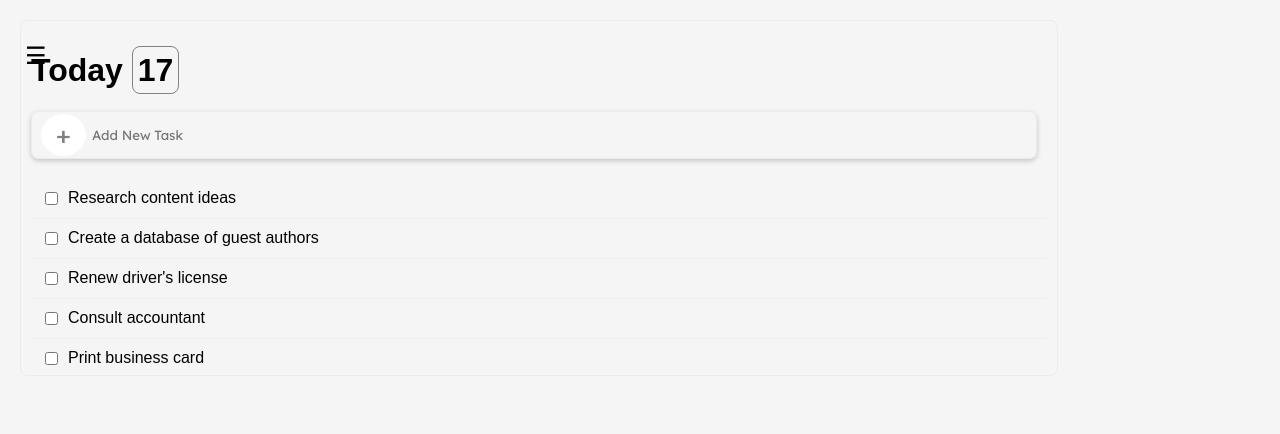
Repository: WeyehnR/Todo-App-e8719e15efb8a3743d14c47aa9ae2115442426d2
Page: Client/index.html
An editor plug-in stored every save of this project. The page is shown before and after the next save, followed by the edit.
The browser window is 1280 px wide. The pictures show the whole page.

Above is the page before, as saved 2023-11-17 15:34:37.

### Client/index.html
<!DOCTYPE html>
<html lang="en">
<head>
    <meta charset="UTF-8">
    <meta name="viewport" content="width=device-width, initial-scale=1.0">
    <title>Todo List Application</title>
    <link href="https://fonts.googleapis.com/css2?family=Lexend+Deca&display=swap" rel="stylesheet">
    <link rel="stylesheet" href="styles.css">
</head>
<body>
    <div class="menu-container">
        <div class="hamburger" id="ham-menu-toggle">&#9776;</div>
        <div class="menu-card" id="menu-card">
            <!-- Content of the expanded gray card goes here -->
        </div>
    </div>
    <div class="todo-container">
        <div class="date-header">
          <h1>Today <span id="dayOfMonth"></span></h1>
        </div>
        <div class="add-task">
            <input type="text" placeholder="Add New Task" id="new-task-input">
            <button id="add-task-btn">+</button>
        </div>
        <ul class="todo-list">
            <li><input type="checkbox" id="task-1"><label for="task-1">Research content ideas</label></li>
            <li><input type="checkbox" id="task-2"><label for="task-2">Create a database of guest authors</label></li>
            <li><input type="checkbox" id="task-3"><label for="task-3">Renew driver's license</label></li>
            <li><input type="checkbox" id="task-4"><label for="task-4">Consult accountant</label></li>
            <li><input type="checkbox" id="task-5"><label for="task-5">Print business card</label></li>
        </ul>
    </div>
    <div class="menu-card" id="menu-card">
        <!-- Content of the expanded gray card goes here -->
    </div>
    <script src="main.js"></script>
</body>
</html>

### Client/styles.css

body {
    font-family: 'Arial', sans-serif;
    background-color: whitesmoke;
    margin: 0;
    padding: 20px;
}

.todo-container {
    top: 120px;
    left: 378px;
    width: 1038px;
    height: 356px;
    background-color: rgba(250,250,250,0);
    border-radius: 8px;
    border: 1px solid #ebebeb;
    box-sizing: border-box;
    padding: 10px;
    flex-grow: 1;
    transition: margin-left 0.3s ease; /* Add a transition for smooth shifting */
}

/* Shift the todo-container when the menu card is expanded */
.todo-container.expanded {
    margin-left: 320px; /* Match the width of the menu card */
    top: 120px;
}

#dayOfMonth {
    border: 1px solid #838181;
    border-radius: 8px;
    padding: 5px;
}

.header {
    display: flex;
    align-items: center;
}
/* Style for the hamburger icon */
.hamburger {
    position:absolute;
    font-size: 24px; /* Adjust the size as needed */
    top: 40px; /* Adjust the top position for the icon */
    left: 25px; /* Adjust the left position for the icon */
    cursor: pointer;
    font-family: 'Lexend Deca';
    z-index: 2;
}

.hamburger.expanded {
    top: 40px; /* Align with the top of the expanded menu card */
    left: 280px; /* Align with the left of the expanded menu card */
}


.menu-container{
    display: flex;
}

/* Style for the gray menu card */
.menu-card {
    width: 0; /* Initially hidden */
    height: 100%;
    overflow: hidden;
    transition: width 0.3s ease; /* Add a transition for smooth expansion */
    z-index: 1; /* Ensure the menu card is above other content */
}

/* Style for the content within the menu card */
.menu-card-content {
    padding: 20px;
    /* Add additional styling as needed for the expanded card content */
}

/* Adjust the width when the menu card is expanded */
.menu-card.expanded {
    width: 300px; /* Adjust the width as desired */
    background-color: darkgray; /* Adjust the text color as desired */
    top: 24px;
    left: 24px;
    height: 852px;
    border-radius: 16px;
}



.header h1 {
    margin: 0;
    font-size: 24px;
}

.header span {
    color: #888;
}

.add-task input {
    width: 100%;
    padding: 10px;
    margin-bottom: 20px;
    border: 1px solid #ddd;
    box-sizing: border-box;
}

.todo-list {
    list-style: none;
    padding: 0;
    margin: 0;
}

.todo-list li {
    padding: 10px;
    border-bottom: 1px solid #eee;
    display: flex;
    align-items: center;
}

.todo-list li:last-child {
    border-bottom: none;
}

input[type="checkbox"] {
    margin-right: 10px;
}

/* You can add more styles for checked tasks or interactive states */

/* ... other styles ... */

.add-task {
    display: flex;
    align-items: center;
    position: relative; /* Add this line */
}

.add-task input[type="text"] {
    top: 120px;
    left: 378px;
    width: 1038px;
    height: 48px;
    background-color: rgba(250,250,250,0);
    border-radius: 8px;
    border: 1px solid #ebebeb;
    box-sizing: border-box;
    flex-grow: 1;
    padding: 10px;
    padding-left: 60px; /* Add space for the button */
    margin-right: 10px;
    box-shadow: 0 2px 5px rgba(0, 0, 0, 0.2);
    font-family: 'Lexend Deca';
}


.add-task button {
    position: absolute; /* Add this line */
    left: 10px; /* Adjust as needed */
    top: 35%;
    transform: translateY(-50%); /* This centers the button vertically */
    display: flex;
    justify-content: center;
    align-items: center;
    padding: 1px 15px;
    border: none;
    border-radius: 50%; /* This creates the round shape for the button */
    background-color: rgb(255, 255, 255); /* Replace with the desired button color */
    color: gray;
    font-size: 25px;
    cursor: pointer;
    font-family: 'Lexend Deca';
}

/* ... rest of the styles ... */

/* Styles to ensure the input and button are aligned properly */
.add-task input[type="text"], .add-task button {

    line-height: 40px; /* Adjust line height to vertically center the text */
}

/* Adding some interactivity to the button */
.add-task button:hover {
    background-color: rgb(185, 181, 181); /* Darker shade when hovering */
}

/* ... additional styles and responsive adjustments ... */

### Client/main.js
const getElementById = (element) => document.getElementById(element);
const querySelector = (element) => document.querySelector(element);
document.addEventListener("DOMContentLoaded", function () {
    // Your JavaScript code here
    const currentDate = new Date();
    const dayOfMonth = currentDate.getDate();
    const dayOfMonthElement = getElementById("dayOfMonth");
    dayOfMonthElement.textContent = dayOfMonth;
});

// Get references to the hamburger icon, menu card, and todo-container
const hamburger = document.getElementById("ham-menu-toggle");
const menuCard = document.getElementById("menu-card");
const todoContainer = document.querySelector(".todo-container");

// Add a click event listener to toggle the menu card's expanded state
hamburger.addEventListener("click", () => {
  menuCard.classList.toggle("expanded");
  todoContainer.classList.toggle("expanded");
  hamburger.classList.toggle("expanded");
});

After the next save:
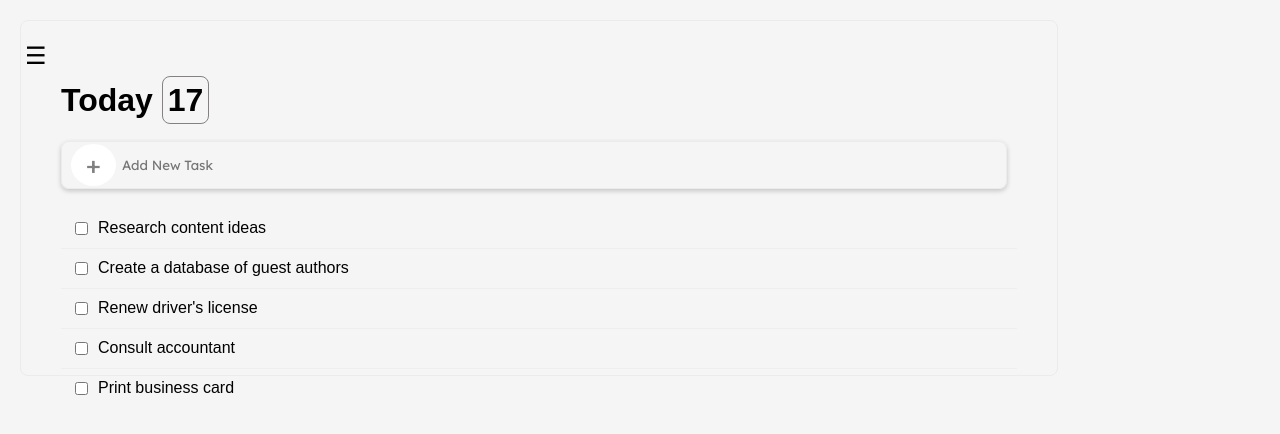
Saved 20 s later.
--- a/Client/styles.css
+++ b/Client/styles.css
@@ -15,7 +15,7 @@
     border-radius: 8px;
     border: 1px solid #ebebeb;
     box-sizing: border-box;
-    padding: 10px;
+    padding: 40px;
     flex-grow: 1;
     transition: margin-left 0.3s ease; /* Add a transition for smooth shifting */
 }

After the save that followed:
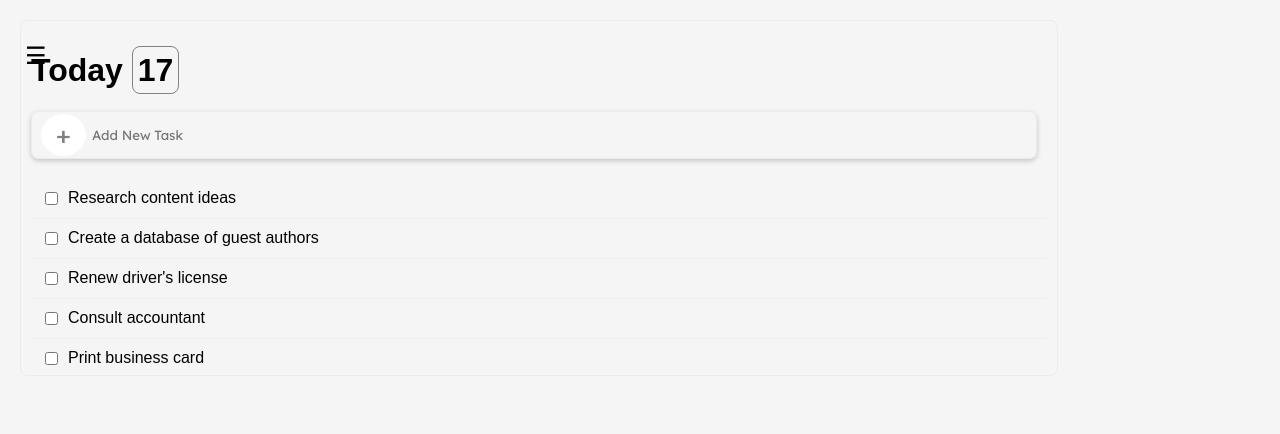
Saved 6 s later.
--- a/Client/styles.css
+++ b/Client/styles.css
@@ -15,7 +15,7 @@
     border-radius: 8px;
     border: 1px solid #ebebeb;
     box-sizing: border-box;
-    padding: 40px;
+    padding: 10px;
     flex-grow: 1;
     transition: margin-left 0.3s ease; /* Add a transition for smooth shifting */
 }
